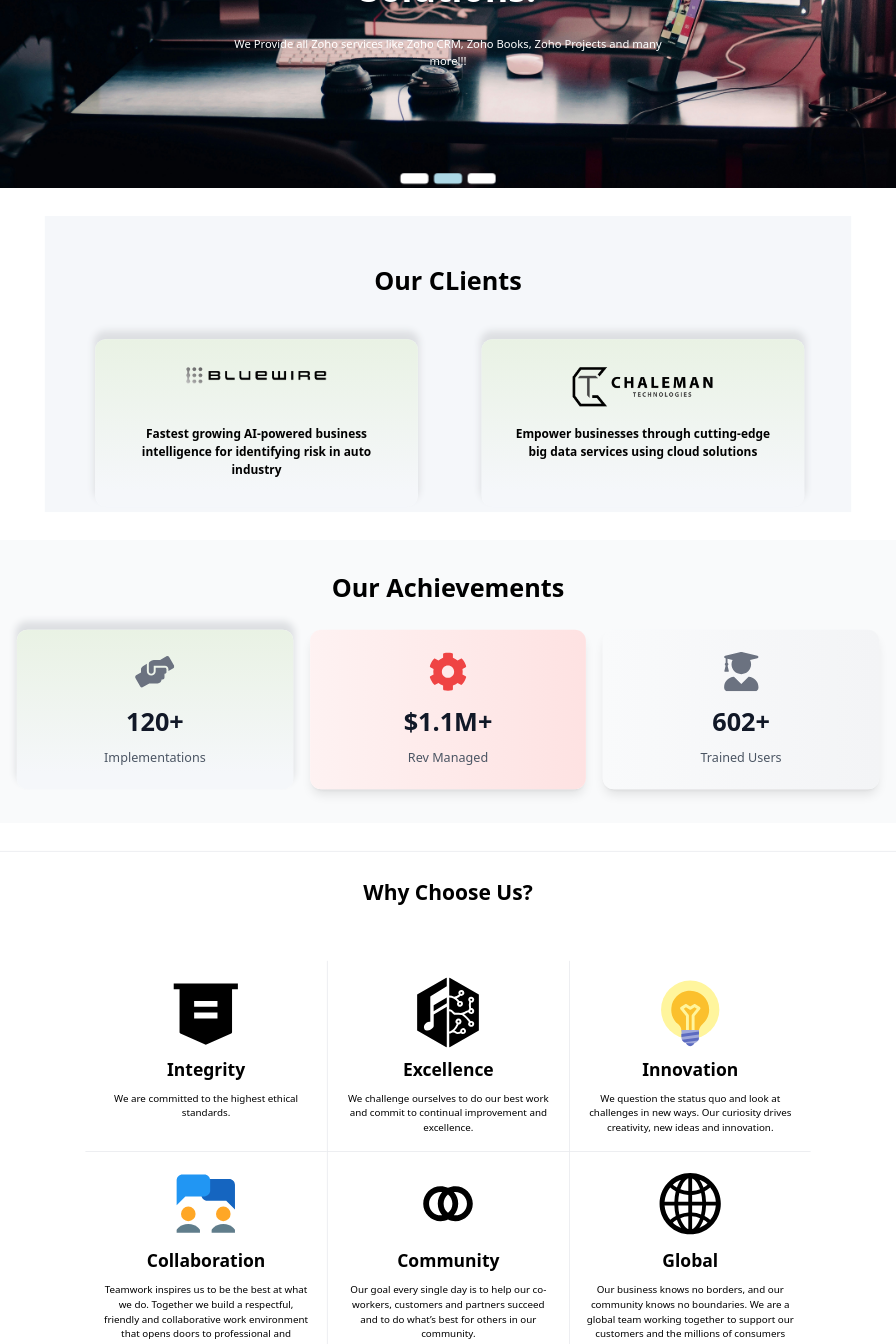
Repository: huzaifaBitCloud/BitCloud-website
Page: /
An editor plug-in stored every save of this project. The page is shown before and after the next save, followed by the edit.
The browser window is 1280 px wide. The pictures show the part of the page from y = 531 to 2451 px (the page is 2742 px tall), at 70% of full size.
The project was rebuilt for these pictures with package versions that can differ from the ones it lists, and the page was loaded fresh each time. The framework's server and built-in components were replaced by stand-ins that run in the browser. Also part of the build but not shown: next.config.mjs.

Above is the page before, as saved 2025-01-13 16:08:11.

### src/app/page.tsx
import Layout from "@/components/Layout";
// import Hero from "@/components/Hero";
import OurClients from "@/components/OurClients";
import WhyUs from "@/components/WhyUs";
import Footer from "@/components/Footer";
import { ImageCarousel } from "@/components/ImageCarousel";
import Achievements from "@/components/Achievements";

export default function Home() {
  return (
    <Layout>
      <div className="">
        {/* <Hero
          imageUrl="https://static.zohocdn.com/sites/stock-images/images/zpstock-image-37.jpg"
        /> */}
        <ImageCarousel />
      </div>
      <div className="mt-10">
        <OurClients />
      </div>
      <div className="mt-10">
        <Achievements />
      </div>
      <div className="my-10 border-t">
        <WhyUs />
      </div>

      <div className="mt-10 mb-10">
        <Footer />
      </div>
    </Layout>
  );
}

### src/app/globals.css
@tailwind base;
@tailwind components;
@tailwind utilities;

.custom-cards-ourClient {
  box-shadow: 0px -10px 10px 2px rgba(221, 223, 226, 1);
  border-radius: 15px;
  background: linear-gradient(180deg, #e9f2e4 0%, #f5f7fa 90%);
}

:root {
  /* --color-primary: #e9f2e4;
    --color-secondary: #f5f7fa;
*/
  --h-100vh: 100vh;
}

/* ABout CSS */

.btn-about {
  display: inline-block;
  margin: 0 0.625rem;
  padding: 0.3125rem 1.25rem;
  border-radius: 1.25rem;
  background: transparent;
  border: solid 0.0625rem #fff;
  position: relative;
  z-index: 9;
}
.main-hero-about {
  clip-path: polygon(
    50% 0%,
    100% 0,
    100% 35%,
    100% 86%,
    49% 100%,
    0 85%,
    0% 35%,
    0 0
  );
}

/* Services */

.zoomIn {
  -webkit-animation-name: zoomIn;
  animation-name: zoomIn;
  -webkit-animation-duration: 1s;
  animation-duration: 1s;
  -webkit-animation-fill-mode: both;
  animation-fill-mode: both;
}
@-webkit-keyframes zoomIn {
  0% {
    opacity: 0;
    -webkit-transform: scale3d(0.3, 0.3, 0.3);
    transform: scale3d(0.3, 0.3, 0.3);
  }
  50% {
    opacity: 1;
  }
}
@keyframes zoomIn {
  0% {
    opacity: 0;
    -webkit-transform: scale3d(0.3, 0.3, 0.3);
    transform: scale3d(0.3, 0.3, 0.3);
  }
  50% {
    opacity: 1;
  }
}

.card-services {
  border-top: 10px solid transparent;
  transition: border-top-color 0.4s, box-shadow 0.4s;
}

.card-services:hover {
  border-top-color: #2563eb;
  box-shadow: 0px 0px 5px rgba(0, 0, 0, 0.75);
}


@media only screen and (max-width: 760px) {
  .main-hero-about {
    clip-path: polygon(
      50% 0%,
      100% 0,
      100% 35%,
      100% 92%,
      49% 100%,
      0 92%,
      0% 35%,
      0 0
    );
  }
  .main-hero-about {
    height: var(--h-100vh) !important;
  }
  .sub-hero-about {
    text-align: center !important;
    margin: 0 auto !important;
  }
  .mob-btn-about {
    justify-content: center;
  }
  .mob-nav-style{
    position: absolute;
    top: 76%;
    left: 0;
  }
}

### src/components/Layout.tsx
import React from "react";
import { Navbar } from "./Navbar";
// import Footer from "./Footer";

const Layout = ({children}: any) => {
  return (
    <div>
      <Navbar />
      <div className="">{children}</div>
      {/* <Footer /> */}
    </div>
  );
};

export default Layout;

### src/components/OurClients.tsx
import React from "react";

const OurClients = () => {
  const services = [
    {
      id: 1,
      description:
        "Fastest growing AI-powered business intelligence for identifying risk in auto industry",
      icon: "./images/Bluewire-Logo.png", // Use the actual icon component
    },
    {
      id: 2,
      description:
        "Empower businesses through cutting-edge big data services using cloud solutions",
      icon: "./images/chaleman.png",
    },
  ];

  return (
    <section id="services" className="xs:w-full sm:w-full lg:w-[90%] mx-auto my-5 bg-[#f5f7fa] px-4 py-2">
      {/* HEADER AND IMAGE SECTION */}
      <div className="mt-16">
        <div>
          <p className="font-playfair font-semibold text-4xl mb-5 text-center">
            Our <span className="text-yellow">CLients</span>
          </p>
        </div>
      </div>

      {/* SERVICES */}
      <div className="grid grid-cols-1 md:grid-cols-2 justify-around  mt-16 gap-10 md:ml-14">
        {services.map((service) => (
          <div
            key={service.id}
            className="relative text-center p-10 xs:w-full sm:w-full lg:w-[90%] custom-cards-ourClient"
          >
            <div className="z-10">
              <div className="w-full flex justify-center ">
                <div className="w-[200px] h-[70px]">
                  <img
                    src={service.icon}
                    alt="client-img"
                    className="object-contain"
                  />
                </div>
              </div>
              <p className="font-playfair font-semibold text-[17px] flex justify-center mt-3">
                {service.description}
              </p>
            </div>
          </div>
        ))}
      </div>
    </section>
  );
};

export default OurClients;

### src/components/WhyUs.tsx
import React from "react";
import { FcCollaboration } from "react-icons/fc";
import { CgCommunity } from "react-icons/cg";
import { AiOutlineGlobal } from "react-icons/ai";
import { FcIdea } from "react-icons/fc";
import { SiMusicbrainz } from "react-icons/si";
import { RiHonourFill } from "react-icons/ri";

const WhyUs = () => {
  const services = [
    {
      id: 1,
      name: "Integrity",
      description: "We are committed to the highest ethical standards.",
      icon: <RiHonourFill size={100} />,
    },
    {
      id: 2,
      name: "Excellence",
      description:
        "We challenge ourselves to do our best work and commit to continual improvement and excellence.",
      icon: <SiMusicbrainz size={100} />,
    },
    {
      id: 3,
      name: "Innovation",
      description:
        "We question the status quo and look at challenges in new ways. Our curiosity drives creativity, new ideas and innovation.",
      icon: <FcIdea size={100} />,
    },
    {
      id: 4,
      name: "Collaboration",
      description:
        "Teamwork inspires us to be the best at what we do. Together we build a respectful, friendly and collaborative work environment that opens doors to professional and personal growth.",
      icon: <FcCollaboration size={100} />,
    },
    {
      id: 5,
      name: "Community",
      description:
        "Our goal every single day is to help our co-workers, customers and partners succeed and to do what’s best for others in our community.",
      icon: <CgCommunity size={100} />,
    },
    {
      id: 6,
      name: "Global",
      description:
        "Our business knows no borders, and our community knows no boundaries. We are a global team working together to support our customers and the millions of consumers around the globe who rely on us to deliver world-class solutions.",
      icon: <AiOutlineGlobal size={100} />,
    },
  ];
  return (
    <div className="w-[90%] mx-auto">
         <h2 className="text-3xl font-bold text-center mt-10 mb-5">Why Choose Us?</h2>
      <div className="w-[90%] mx-auto mt-20 mb-20">
        <div className="grid grid-cols-1 md:grid-cols-2 lg:grid-cols-3">
          {services.map((service, index) => (
            <div
              key={service.id}
              className={`relative bg-white text-center ${
                index >= 0
                  ? index == 0 || index == 3
                    ? index == 3
                      ? ""
                      : "border-b"
                    : index > 3
                    ? "border-l"
                    : "border-l border-b"
                  : ""
              } hover:border-red p-6`}
            >
              <div className="z-10">
                <div className="w-full flex justify-center">{service.icon}</div>

                <h3 className="font-playfair font-semibold text-[25px] mt-3">
                  {service.name}
                </h3>
                <p className="font-playfair text-[14px] flex justify-center mt-3">
                  {service.description}
                </p>
              </div>
            </div>
          ))}
        </div>
      </div>
    </div>
  );
};

export default WhyUs;

### src/components/Footer.tsx
// import Link from "next/link";
// import { FaLinkedin, FaYoutube } from "react-icons/fa";

// const Footer = () => {
//   const currentYear = new Date().getFullYear(); // Get the current year dynamically

//   return (
//     <footer className="bg-white dark:bg-gray-900 border-t w-full">
//       <div className="container mx-auto px-4 py-6">
//         <div className="flex flex-col md:flex-row md:items-center md:justify-between">
//           {/* Logo Section */}
//           <div className="flex items-center mb-4 md:mb-0 py-6">
//             <img
//               src="/images/logo.svg"
//               alt="BitCloud Logo"
//               className="h-14 mr-3 md:ml-4"
//             />
//           </div>

//           {/* Rights Section */}
//           <div className="text-center mb-4 md:mb-0">
//             <span className="text-sm text-gray-500 dark:text-gray-400">
//               © {currentYear}{" "}
//               <Link
//                 href="https://bitcloudsolution.com/"
//                 className="hover:underline"
//               >
//                 BitCloud Solution
//               </Link>
//               . All Rights Reserved.
//             </span>
//           </div>

//           {/* Follow Us Section */}
//           <div className="flex flex-col items-center md:items-end">
//             <h2 className="mb-4 text-sm font-semibold text-gray-900 uppercase dark:text-white">
//               Follow Us
//             </h2>
//             <div className="flex space-x-4">
//               <Link
//                 href="https://www.linkedin.com/company/bitcloud-solution-software/"
//                 aria-label="LinkedIn"
//                 className="text-gray-500 hover:text-blue-600 dark:hover:text-blue-400"
//               >
//                 <FaLinkedin className="w-6 h-6" />
//               </Link>
//               <Link
//                 href="http://www.youtube.com/@BitCloudSolution"
//                 aria-label="YouTube"
//                 className="text-gray-500 hover:text-red-600 dark:hover:text-red-400"
//               >
//                 <FaYoutube className="w-6 h-6" />
//               </Link>
//             </div>
//           </div>
//         </div>
//       </div>
//     </footer>
//   );
// };

// export default Footer;

import Link from "next/link";
import { FaLinkedin, FaYoutube } from "react-icons/fa";

const Footer = () => {
  const currentYear = new Date().getFullYear(); // Get the current year dynamically

  return (
    <footer className="bg-white dark:bg-gray-900 border-t w-full">
      <div className="container mx-auto px-6 py-6">
        <div className="flex flex-col items-center md:flex-row md:justify-between">
          {/* Logo Section */}
          <div className="flex items-center mb-4 md:mb-0 md:ml-6">
            <Link href='/'>
            <img
              src="/images/logo.svg"
              alt="BitCloud Logo"
              className="h-14 mr-3"
            />
            </Link>
          </div>

          {/* Rights Section */}
          <div className="text-center mb-4 md:mb-0">
            <span className="text-sm text-gray-500 dark:text-gray-400">
              © {currentYear}{" "}
              <Link
                href="https://bitcloudsolution.com/"
                className="hover:underline"
              >
                BitCloud Solution
              </Link>
              . All Rights Reserved.
            </span>
          </div>

          {/* Follow Us Section */}
          <div className="flex flex-col items-center md:items-end md:mr-6">
            <h2 className="mb-4 text-sm font-semibold text-gray-900 uppercase dark:text-white">
              Follow Us
            </h2>
            <div className="flex space-x-4">
              <Link
                href="https://www.linkedin.com/company/bitcloud-solution-software/"
                aria-label="LinkedIn"
                className="text-gray-500 hover:text-blue-600 dark:hover:text-blue-400"
              >
                <FaLinkedin className="w-6 h-6" />
              </Link>
              <Link
                href="http://www.youtube.com/@BitCloudSolution"
                aria-label="YouTube"
                className="text-gray-500 hover:text-red-600 dark:hover:text-red-400"
              >
                <FaYoutube className="w-6 h-6" />
              </Link>
            </div>
          </div>
        </div>
      </div>
    </footer>
  );
};

export default Footer;

### src/components/ImageCarousel.tsx
"use client"

import React from 'react';
import { Galleria } from 'primereact/galleria';
import "../components/styling/ImageCarousel.css"


const images = [
  {
    itemImageSrc: "/images/contact-image.jpeg",
    title: 'Welcome to BitCloud Solutions!',
    alt: 'Image 1',
  },
  {
    itemImageSrc: "/images/web-developer.jpg",
    title: 'Welcome to BitCloud Solutions!',
    alt: 'Image 2'
  },
  {
    itemImageSrc: "/images/image1.jpg",
    title: 'Welcome to BitCloud Solutions!',
    alt: 'Image 3'
  }
];

const itemTemplate = (item) => {
  return (
    <div className="image-container" style={{ width: '100%', textAlign: 'center' }}>
      <img src={item.itemImageSrc} alt={item.alt} style={{ width: '100%', display: 'block' }} />

      <div key={`${item.itemImageSrc}-heading`} className="carousel-text-heading">
        {item.title}
      </div>
      <div key={`${item.itemImageSrc}-paragraph`} className="carousel-text-paragraph">
       We Provide all Zoho services like Zoho CRM, Zoho Books, Zoho Projects and many more!!!
      </div>
    </div>
  );
}

export const ImageCarousel = () => {
  return (
    <div className="card" style={{ width: '100%', height: '100%', margin: '0 auto', position: "relative" }}>
      <Galleria
        value={images}
        numVisible={5}
        circular
        responsiveOptions={[
          {
            breakpoint: '1024px',
            numVisible: 3
          },
          {
            breakpoint: '768px',
            numVisible: 2
          },
          {
            breakpoint: '560px',
            numVisible: 1
          }
        ]}
        showThumbnails={false}
        showIndicators
        // showItemNavigators
        item={itemTemplate}
        autoPlay={true}
        transitionOptions={{ easing: 'ease-in-out', duration: 1000 }}
      />
    </div>
  );
}

### src/components/Achievements.tsx
import { FaHandsHelping, FaCog, FaUserGraduate } from "react-icons/fa";

const Achievements = () => {
  return (
    <section className="bg-gray-50 py-12">
      <div className="container mx-auto px-6">
        {/* Title */}
        {/* <div className="mt-16">
          <div>
            <p className="font-playfair font-semibold text-4xl mb-5 text-center">
              Our <span className="text-yellow">Achievements</span>
            </p>
          </div>
        </div> */}
        <h2 className="text-4xl font-bold text-center text-black mb-10">
          Our Achievements
        </h2>

        {/* Achievements Grid */}
        <div className="grid grid-cols-1 md:grid-cols-3 gap-6">
          {/* Card 1 */}
          <div className="bg-gradient-to-r from-green-50 to-green-100 p-8 rounded-2xl shadow-lg text-center transform transition duration-700 hover:-translate-y-3 custom-cards-ourClient">
            <div className="flex justify-center items-center mb-6">
              <FaHandsHelping className="w-14 h-14 text-gray-500" />
            </div>
            <h3 className="text-4xl font-bold text-gray-900">120+</h3>
            <p className="text-gray-600 mt-4 text-lg">Implementations</p>
          </div>

          {/* Card 2 */}
          <div className="bg-gradient-to-r from-red-50 to-red-100 p-8 rounded-2xl shadow-lg text-center transform transition duration-700 hover:-translate-y-3">
            <div className="flex justify-center items-center mb-6">
              <FaCog className="w-14 h-14 text-red-500" />
            </div>
            <h3 className="text-4xl font-bold text-gray-900">$1.1M+</h3>
            <p className="text-gray-600 mt-4 text-lg">Rev Managed</p>
          </div>

          {/* Card 3 */}
          <div className="bg-gradient-to-r from-gray-50 to-gray-100 p-8 rounded-2xl shadow-lg text-center transform transition duration-700 hover:-translate-y-3">
            <div className="flex justify-center items-center mb-6">
              <FaUserGraduate className="w-14 h-14 text-gray-500" />
            </div>
            <h3 className="text-4xl font-bold text-gray-900">602+</h3>
            <p className="text-gray-600 mt-4 text-lg">Trained Users</p>
          </div>
        </div>
      </div>
    </section>
  );
};

export default Achievements;

### src/components/styling/ImageCarousel.css

img {
    max-height: 45rem;
    object-fit: cover;
  }

  .p-galleria-item-next.p-galleria-item-nav.p-link,
  .p-galleria-item-prev.p-galleria-item-nav.p-link {
    transform: translateY(-45%);
    background-color: #34291b;
    border-radius: 24px;
    width: 2.5rem;
    height: 2.5rem;
  }

  .p-galleria-item-prev.p-galleria-item-nav.p-link {
    z-index: 1;
    margin-left: 1.5rem;
  }

  .p-galleria-item-next.p-galleria-item-nav.p-link {
    margin-right: 1.5rem;
  }

  .p-galleria-item-prev.p-galleria-item-nav.p-link:hover,
  .p-galleria-item-next.p-galleria-item-nav.p-link:hover {
    background-color: #252728;
  }

  .p-icon.p-galleria-item-prev-icon,
  .p-icon.p-galleria-item-next-icon {
    color: white;
    width: 18px;
    height: 18px;
    stroke: white;
    stroke-width: 2;
  }

  .carousel-text-heading {
    width: 50%;
    position: absolute;
    top: 55%;
    left: 50%;
    transform: translate(-50%, -50%);
    color: white;
    border-radius: 10px;
    font-size: 3.2rem;
    font-weight: bold;
    text-align: center;
    animation: slideFromY 1s ease-in-out forwards;
  }

  .carousel-text-paragraph {
    width: 50%;
    position: absolute;
    top: 73%;
    left: 50%;
    transform: translate(-50%, -50%);
    color: white;
    border-radius: 10px;
    font-size: 1rem;
    text-align: center;
    animation: slideFromY 1.5s ease-in-out forwards;
  }
  @keyframes slideFromY {
    0% {
      opacity: 0;
      transform: translate(-100%, -50%);
    }
    100% {
      opacity: 1;
      transform: translate(-50%, -50%);
    }
  }

  @media (max-width: 1024px) and (min-width: 769px) {
    .carousel-text-heading {
      width: 65%;
      font-size: 2.5rem;
    }

    .carousel-text-paragraph {
      width: 60%;
      font-size: 0.9rem;
    }
  }

  @media (max-width: 768px) and (min-width: 561px) {
    .carousel-text-heading {
      font-size: 1.5rem;
      width: 65%;
    }

    .carousel-text-paragraph {
      font-size: 0.6rem;
      width: 60%;
    }
  }

  @media (max-width: 560px) {
    .carousel-text-heading {
      font-size: 1rem;
      width: 65%;
    }

    .carousel-text-paragraph {
      font-size: 0.5rem;
      width: 60%;
    }
  }
  ul.p-galleria-indicators.p-reset {
    position: absolute;
    bottom: 0;
    left: 50%;
    transform: translateX(-50%);
}
  .p-galleria-indicators .p-galleria-indicator button {
    width: 40px;
    height: 15px;
    background-color: white; /* Non-active indicators */
    border-radius: 5px;
    margin: 0 4px;
    transition: background-color 0.3s ease;
    position: relative;
}

.p-galleria-indicators .p-galleria-indicator.p-highlight button {
    background-color: #add8e6;
}

.p-galleria-indicators .p-galleria-indicator button:hover {
    background-color: #ffffff;
}

Loaded but not shown: src/app/layout.tsx (common file); tailwind.config.ts (common file); src/components/Navbar.tsx (127 lines, source omitted)

After the next save:
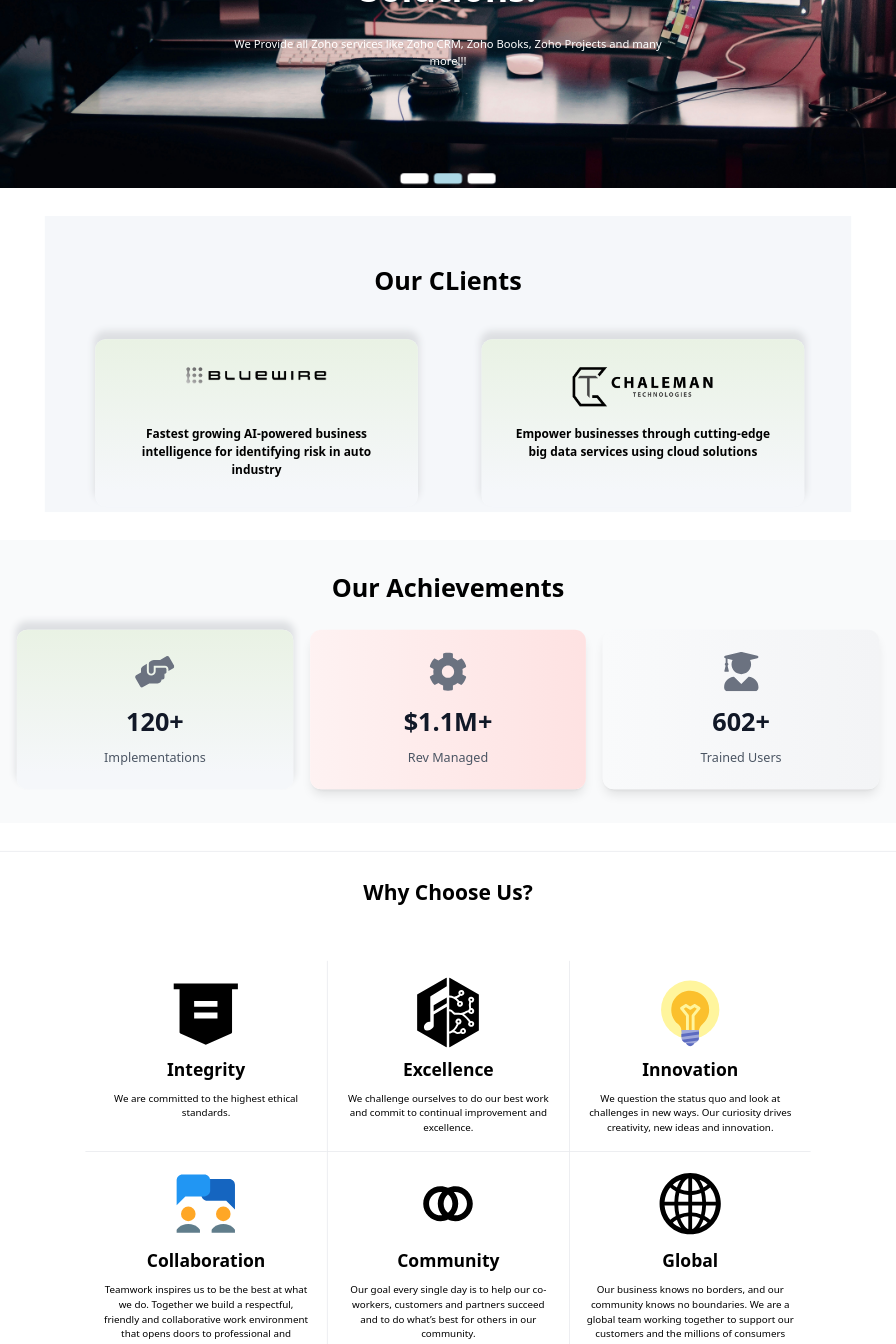
Saved 27 s later.
--- a/src/components/Achievements.tsx
+++ b/src/components/Achievements.tsx
@@ -30,7 +30,7 @@
           {/* Card 2 */}
           <div className="bg-gradient-to-r from-red-50 to-red-100 p-8 rounded-2xl shadow-lg text-center transform transition duration-700 hover:-translate-y-3">
             <div className="flex justify-center items-center mb-6">
-              <FaCog className="w-14 h-14 text-red-500" />
+              <FaCog className="w-14 h-14 text-gray-500" />
             </div>
             <h3 className="text-4xl font-bold text-gray-900">$1.1M+</h3>
             <p className="text-gray-600 mt-4 text-lg">Rev Managed</p>
